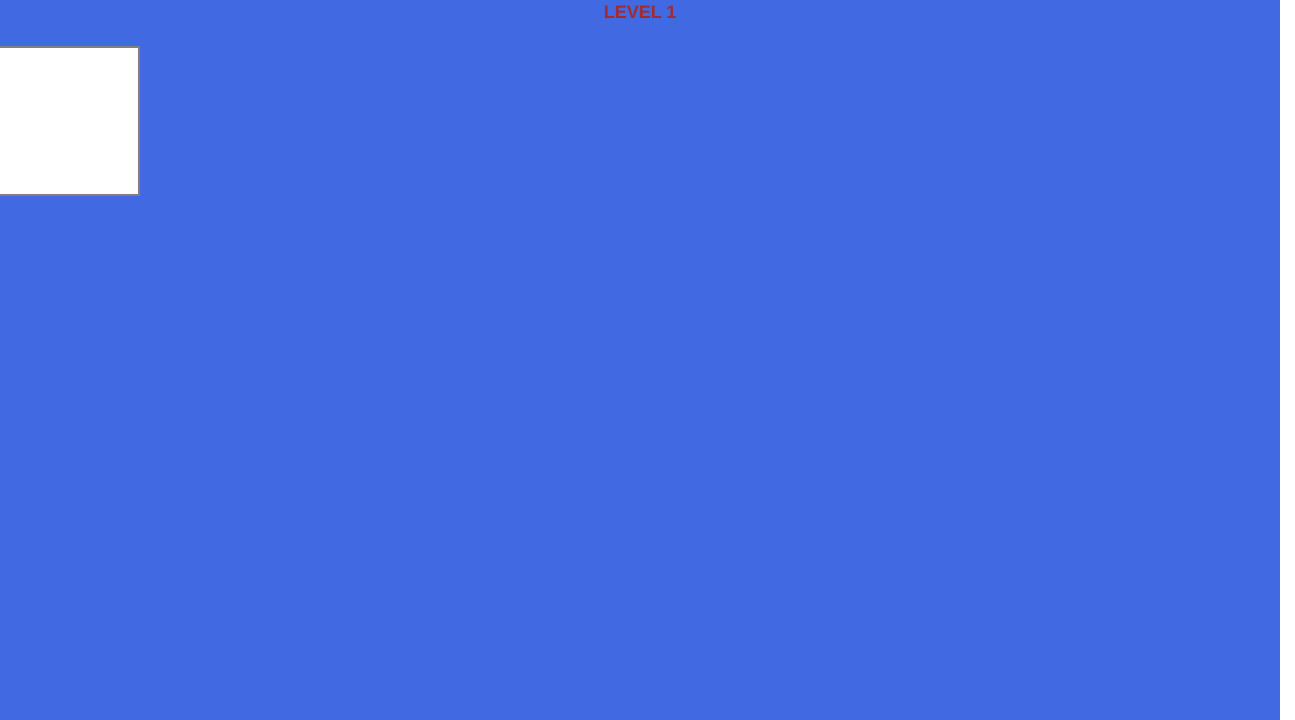
Repository: Shenba-Ps/Jsp-Servlet-B
Page: http://localhost/Test/Booking.jsp
These files come from the project's save history. The page is drawn as it stood at one moment and after the next save; the edit follows.
The browser window is 1280 px wide. The page is 1295 px wide, then 1280 px, then 1295 px, so the pictures cover 1295 px, including what lies to the right of the window. The pictures show the whole page.
The page is served by Tomcat 9. Other server files are loaded and not shown.

Above is the page before, as saved 2023-06-15 13:14:18.

### Test/src/main/webapp/Booking.jsp
<!DOCTYPE HTML><%@page language="java"
	contentType="text/html; charset=ISO-8859-1" pageEncoding="ISO-8859-1"%>
<html>
<head>
<title>Booking</title>
<meta http-equiv="Content-Type" content="text/html; charset=ISO-8859-1">
<link rel="stylesheet" href="Plugins/Boostrap.css">
<link rel="stylesheet" href="Script/Common.css">
<script src="Plugins/jQuery.js"></script>
<script src="Plugins/bootstrap.js"></script>
<script src="Script/Booking.js"></script>
</head>
<body>
	<div style="height: 100vh; background-color: #4169E1;">
		<div>
			<div class="Title form-group" style="text-align: center;">LEVEL 1</div>
			<div class="row">
				<div class="col-md-2 Slot Free"></div>
			</div>
		</div>
		<!-- Modal -->
		<div class="modal fade" data-backdrop="static" id="mdlCustomerDetail"
			role="dialog">
			<div class="modal-dialog" style="width: 70%;">
				<!-- Modal content-->
				<div class="modal-content">
					<div class="modal-body">
						<div class="Title form-group" style="text-align: center;">Please
							enter your booking information</div>
						<div class="row form-group">
							<div class="col-xs-3 RightAlign">
								<label>Name</label>
							</div>
							<div class="col-xs-6">
								<input class="form-control" type="text" id="idName"
									name="nmName">
								<div class="ControlErrorMessage" id="errName"></div>
							</div>
						</div>
						<div class="row form-group">
							<div class="col-xs-3 RightAlign">
								<label>Address</label>
							</div>
							<div class="col-xs-6">
								<textarea class="form-control" id="idAddress" name="nmAddress"></textarea>
								<div class="ControlErrorMessage" id="errAddress"></div>
							</div>
						</div>
						<div class="row form-group">
							<div class="col-xs-3 RightAlign">
								<label>NRIC</label>
							</div>
							<div class="col-xs-6">
								<input class="form-control" type="text" id="idNRIC"
									name="nmNRIC">
								<div class="ControlErrorMessage" id="errNRIC"></div>
							</div>
						</div>
						<div class="row form-group">
							<div class="col-xs-3 RightAlign">
								<label>Usage Trade</label>
							</div>
							<div class="col-xs-6">
								<select class="form-control" name="UsageTrade" id="idUsageTrade">
									<option value="Credit Card Promotion">Credit Card
										Promotion</option>
									<option value="F&B">F&B</option>
									<option value="Hairdressing">Hairdressing</option>
									<option value="Clothing">Clothing</option>
									<option value="Others">Others</option>
								</select>
								<div class="ControlErrorMessage" id="errUserTrade"></div>
							</div>
						</div>
						<div class="row form-group">
							<div class="col-xs-3 RightAlign">
								<label>Others</label>
							</div>
							<div class="col-xs-6">
								<input class="form-control" type="text" id="idOthers"
									name="nmOthers">
								<div class="ControlErrorMessage" id="errOthers"></div>
							</div>
						</div>
						<div class="row form-group">
							<div class="col-xs-3 RightAlign">
								<label>Email</label>
							</div>
							<div class="col-xs-6">
								<input class="form-control" type="text" id="idEmail"
									name="nmEmail">
								<div class="ControlErrorMessage" id="errEmail"></div>
							</div>
						</div>
						<div class="row form-group">
							<div class="col-xs-3 RightAlign">
								<label>Home</label>
							</div>
							<div class="col-xs-6">
								<input class="form-control PhoneNumber" type="text"
									id="idHomeTel" name="nmHome" maxlength="8">
								<div class="ControlErrorMessage" id="errHomeTel"></div>
							</div>
						</div>
						<div class="row form-group">
							<div class="col-xs-3 RightAlign">
								<label>Office</label>
							</div>
							<div class="col-xs-6">
								<input class="form-control PhoneNumber" type="text"
									id="idOfficeTel" name="nmOffice" maxlength="8">
								<div class="ControlErrorMessage" id="errOfficeTel"></div>
							</div>
						</div>
						<div class="row form-group">
							<div class="col-xs-3 RightAlign">
								<label>Mobile</label>
							</div>
							<div class="col-xs-6">
								<input class="form-control PhoneNumber" type="text"
									id="idMobile" name="nmMobile" maxlength="8">
								<div class="ControlErrorMessage" id="errMobile"></div>
							</div>
						</div>
						<div class="row form-group">
							<div class="col-xs-3 RightAlign">
								<label>Booking Date</label>
							</div>
							<div class="col-xs-6">
								<input class="form-control" type="date" id="idBookingDate"
									name="nmBookingDate">
								<div class="ControlErrorMessage" id="errBookingDate"></div>
							</div>
						</div>
					</div>
					<div class="modal-footer">
						<button type="button" class="btn btn-primary"
							onclick="onclickBookSlot()">Book Slot</button>
						<button type="button" class="btn btn-primary" id="btnBookSlot"
							style="display: none;"></button>
						<div class="ControlErrorMessage" id="errBookingSlot"></div>
					</div>
				</div>
			</div>
		</div>
	</div>
</body>
</html>

### Test/src/main/webapp/Script/Common.css
.Title {
	font-size: 18px;
	color: brown;
	font-weight: bold;
}

.RightAlign {
	text-align: center;
}

.ControlError {
	border: 2px solid red;
}

.ControlErrorMessage {
	color: red;
	font-weight: 600;
}

.Level1 {
	padding: 20px;
}

.Slot {
	border: 2px solid gray;
	margin: 5px;
	height: 150px;
	width: 150px;
}

.Free {
	background-color: white;
	color: white;
	font-weight: 600;
	text-align: center;
}

.Booked {
	background-color: gray;
	color: white;
	font-weight: 600;
	text-align: center;
}

### Test/src/main/webapp/Script/Booking.js
$(function() {
	//OpenCustomerDetail();
});

function OpenCustomerDetail() {
	$('#mdlCustomerDetail').modal('show');
}

function onclickBookSlot() {
	$('#idName').removeClass("ControlError");
	$('#errName').hide();
	$('#idAddress').removeClass("ControlError");
	$('#errAddress').hide();
	$('#idNRIC').removeClass("ControlError");
	$('#errNRIC').hide();
	$('#idUsageTrade').removeClass("ControlError");
	$('#errUsageTrade').hide();
	$('#idOthers').removeClass("ControlError");
	$('#errOthers').hide();
	$('#idEmail').removeClass("ControlError");
	$('#errEmail').hide();
	$('#idHomeTel').removeClass("ControlError");
	$('#errHomeTel').hide();
	$('#idNOfficeTel').removeClass("ControlError");
	$('#errOfficeTel').hide();
	$('#idMobile').removeClass("ControlError");
	$('#errMobile').hide();
	$('#idBookingDate').removeClass("ControlError");
	$('#errBookingDate').hide();
	if ($('#idName').val() == "") {
		$('#idName').addClass("ControlError");
		$('#errName').html("* Please enter your name");
		$('#errName').show();
	}
	if ($('#idAddress').val() == "") {
		$('#idAddress').addClass("ControlError");
		$('#errAddress').html("* Please enter your address");
		$('#errAddress').show();
	}
	if ($('#idNRIC').val() == "") {
		$('#idNRIC').addClass("ControlError");
		$('#errNRIC').html("* Please enter your NRIC");
		$('#errNRIC').show();
	}
	if ($('#idUsageTrade').val() == "") {
		$('#idUsageTrade').addClass("ControlError");
		$('#errUsageTrade').html("* Please select usage trade");
		$('#errUsageTrade').show();
	}
	if ($('#idOthers').val() == "") {
		$('#idOthers').addClass("ControlError");
		$('#errOthers').html("* Please enter usage trade details");
		$('#errOthers').show();
	}
	if ($('#idEmail').val() == "") {
		$('#idEmail').addClass("ControlError");
		$('#errEmail').html("* Please enter your email");
		$('#errEmail').show();
	}
	if ($('#idHomeTel').val() == "") {
		$('#idHomeTel').addClass("ControlError");
		$('#errHomeTel').html("* Please enter your home number");
		$('#errHomeTel').show();
	}
	if ($('#idOfficeTel').val() == "") {
		$('#idOfficeTel').addClass("ControlError");
		$('#errOfficeTel').html("* Please enter your office number");
		$('#errOfficeTel').show();
	}
	if ($('#idMobile').val() == "") {
		$('#idMobile').addClass("ControlError");
		$('#errMobile').html("* Please enter your mobile number");
		$('#errMobile').show();
	}
	if ($('#idBookingDate').val() == "") {
		$('#idBookingDate').addClass("ControlError");
		$('#errBookingDate').html("* Please select booking date");
		$('#errBookingDate').show();
	}
}

Loaded but not shown: Test/src/main/webapp/Plugins/Boostrap.css (library); Test/src/main/webapp/Plugins/jQuery.js (library); Test/src/main/webapp/Plugins/bootstrap.js (library)

After the next save:
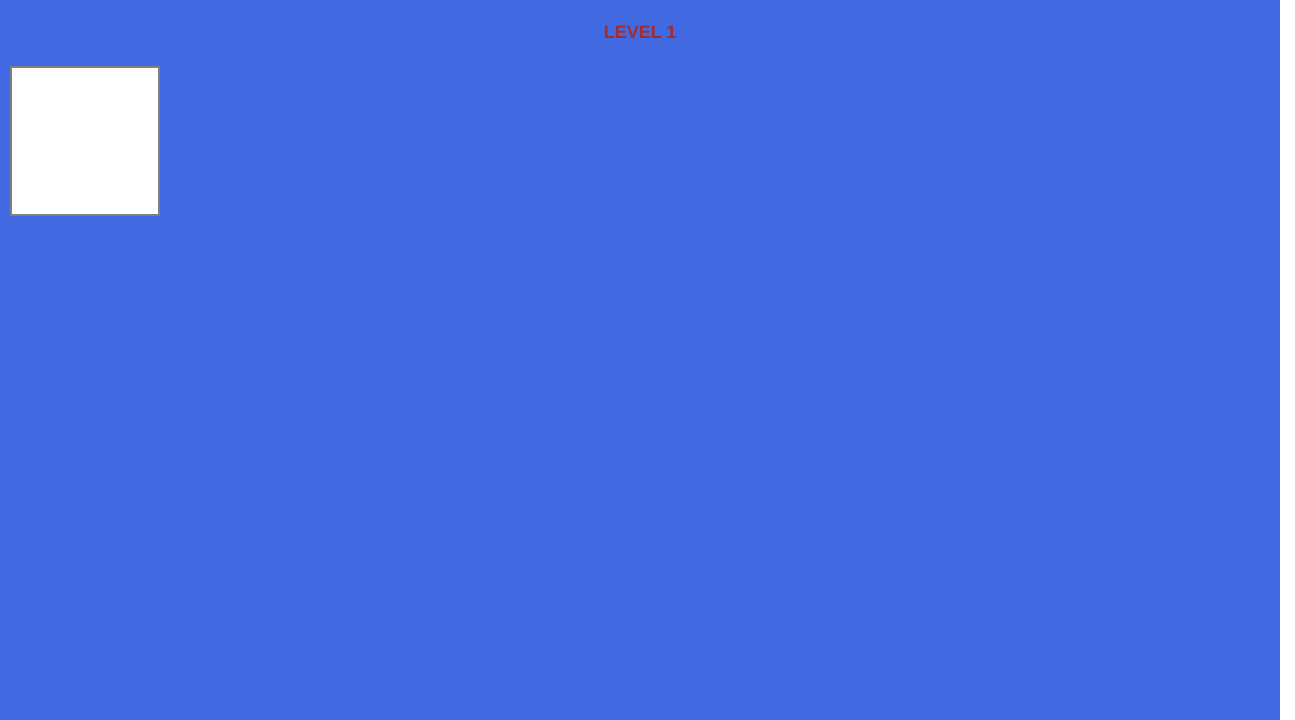
Saved 21 s later.
--- a/Test/src/main/webapp/Booking.jsp
+++ b/Test/src/main/webapp/Booking.jsp
@@ -12,7 +12,7 @@
 </head>
 <body>
 	<div style="height: 100vh; background-color: #4169E1;">
-		<div>
+		<div class="Level1">
 			<div class="Title form-group" style="text-align: center;">LEVEL 1</div>
 			<div class="row">
 				<div class="col-md-2 Slot Free"></div>

After the save that followed:
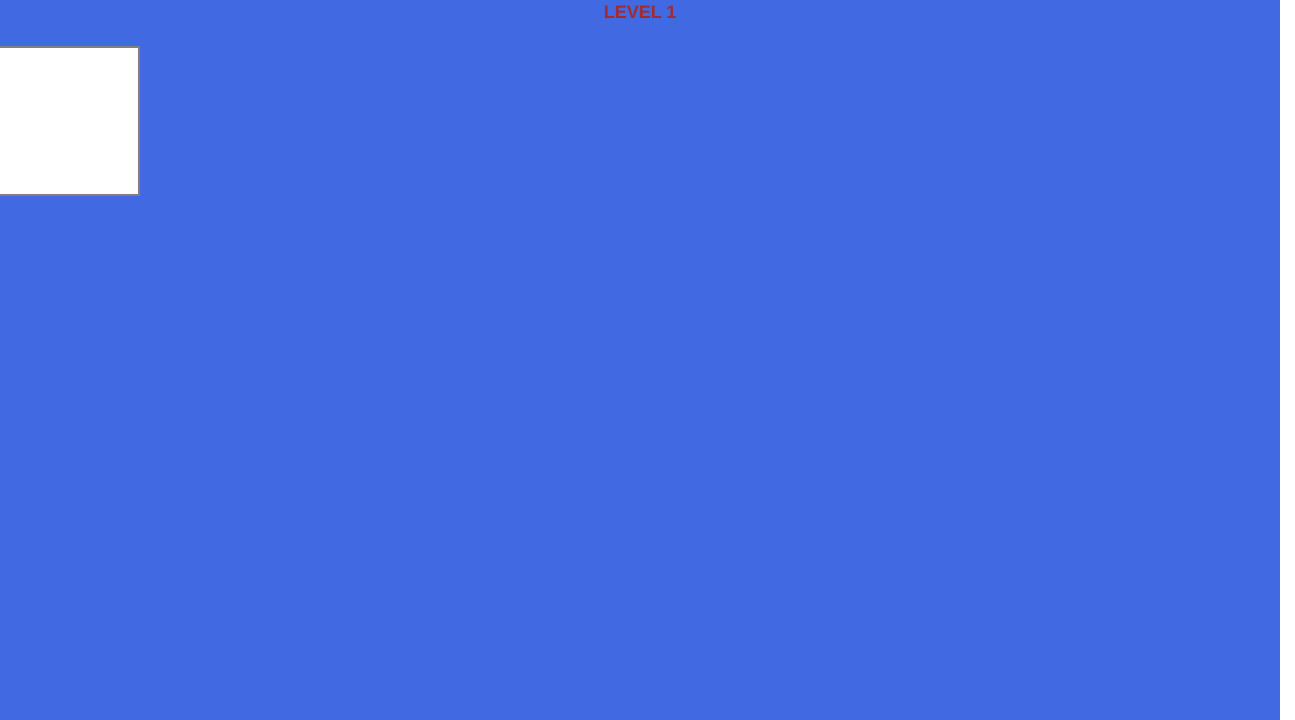
Saved 25 s later.
--- a/Test/src/main/webapp/Booking.jsp
+++ b/Test/src/main/webapp/Booking.jsp
@@ -12,7 +12,9 @@
 </head>
 <body>
 	<div style="height: 100vh; background-color: #4169E1;">
-		<div class="Level1">
+		<div>
+		<div class="class="Level1"">
+		</div>
 			<div class="Title form-group" style="text-align: center;">LEVEL 1</div>
 			<div class="row">
 				<div class="col-md-2 Slot Free"></div>
